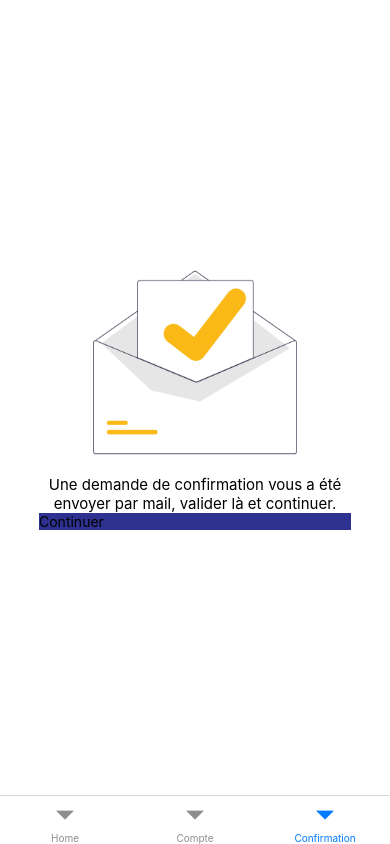
Repository: Norlan-20/Last-Afrilink
Screen: /Confirmation
An editor plug-in stored every save of this project. The screen is shown before and after the next save, followed by the edit.
The app was drawn by React Native's web renderer in a window 390 px wide. The project was rebuilt for these pictures with package versions that can differ from the ones it lists, and the page was loaded fresh each time. Also part of the build but not shown: screen/User.js.

Above is the screen before, as saved 2021-09-24 22:19:30.

### App.js
/* eslint-disable prettier/prettier */
import React from 'react'
import {View} from 'react-native'
import { NavigationContainer } from '@react-navigation/native'
import { createNativeStackNavigator } from '@react-navigation/native-stack'
import { createBottomTabNavigator } from '@react-navigation/bottom-tabs'
import HomeScreen from './screen/Home'
import UserScreen from './screen/User'
import ConfirmationScreen from './screen/Confirmation'

const Tab = createBottomTabNavigator();
const Stack = createNativeStackNavigator();


const App = () => {
  return (
    <NavigationContainer>
      <Tab.Navigator screenOptions={{headerShown: false}} >
        <Tab.Screen name="Home" component={HomeScreen}/>
        <Tab.Screen name="Compte" component={UserScreen}/>
        <Tab.Screen name="Confirmation" component={ConfirmationScreen}/>
      </Tab.Navigator>
    </NavigationContainer>
  );
};

export default App;

### screen/Home.js
/* eslint-disable prettier/prettier */
import React from 'react';
import {View, Text, StyleSheet, StatusBar, Dimensions, ScrollView} from 'react-native';
import { Header, Icon, Image, SearchBar } from 'react-native-elements';
import Categorie from '../component/categorie';
import Produit from '../component/produit';
// import EvilIcons from 'react-native-vector-icons/EvilIcons';

const {width,height} = Dimensions.get('window');
const fond = '#F7F7F7';
const primary = '#2e3190';
const search = '#DDDDDD';

const HomeScreen = props => {
    return (
        <View style={styles.container}>
            <StatusBar hidden={false}/>
            <Header
                leftComponent={<Icon name="navicon" type="evilicon" size={40} color="#FFF"/>}
                centerComponent={<Image source={require('../assets/logobleu.jpg')} style={{width: 200, height: 50}} />}
                rightComponent={<Icon name="cart" type="evilicon" size={40} color="#FFF"/>}
                backgroundColor={primary}
            />
            <SearchBar
                placeholder="Rechercher"
                round
                lightTheme
                containerStyle={{ width: width,backgroundColor: fond, borderWidth: 0}}
                inputContainerStyle={{ height: 45, backgroundColor: search, borderRadius: 150 }}
                inputStyle={{ height: 45,backgroundColor: search }}
                // searchIcon={<Icon name="user" type="ionicon" />}
                showCancel
                cancelIcon
                onClear
                style={{width: width}}
            />
            <ScrollView>
                <Categorie nom="Catégorie" />
                <Produit nom="Vedette" />
            </ScrollView>
        </View>
    );
};

const styles = StyleSheet.create({
    container:{
        flex: 1,
        backgroundColor: '#F7F7F7',
    },
});

export default HomeScreen;

### screen/Confirmation.js
/* eslint-disable prettier/prettier */
import React from 'react';
import  { View, Text, StyleSheet, Dimensions, Image } from 'react-native';
import { Continuer } from '../component/button';

const {width} = Dimensions.get('window');
const fond = '#F7F7F7';
const primary = '#2e3190';

const ConfirmationScreen = () => {
    return (
        <View style={styles.container}>
            <Image source={require('../assets/mailsent.png')} style={{ width: width - 100, height: width / 2}}/>
            <Text style={styles.message}>Une demande de confirmation vous a été envoyer par mail, valider là et continuer.</Text>
            <Continuer />
        </View>
    );
};

const styles = StyleSheet.create({
    container:{
        flex: 1,
        backgroundColor: '#FFF',
        alignItems: 'center',
        justifyContent: 'center',
    },
    message:{
        width: width - (width / 5),
        textAlign: 'center',
        fontSize: 15,
        marginTop: 15
    },
});

export default ConfirmationScreen;

### component/button.js
/* eslint-disable prettier/prettier */
import React from 'react'
import { TouchableOpacity, Text, Dimensions } from 'react-native'

const {width} = Dimensions.get('window');
const primary = '#2e3190';

export const Continuer = () => {
    return(
        <TouchableOpacity style={{ backgroundColor: primary, width: width - (width / 5) }}>
            <Text>Continuer</Text>
        </TouchableOpacity>
    );
};

Loaded but not shown: component/categorie.js (library); component/produit.js (library)

After the next save:
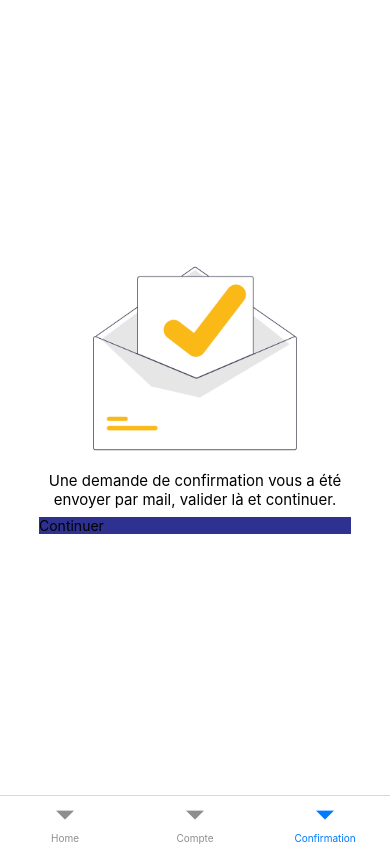
Saved 20 s later.
--- a/component/button.js
+++ b/component/button.js
@@ -7,7 +7,7 @@ const primary = '#2e3190';
 
 export const Continuer = () => {
     return(
-        <TouchableOpacity style={{ backgroundColor: primary, width: width - (width / 5) }}>
+        <TouchableOpacity style={{ backgroundColor: primary, width: width - (width / 5) ,marginTop: 8}}>
             <Text>Continuer</Text>
         </TouchableOpacity>
     );
